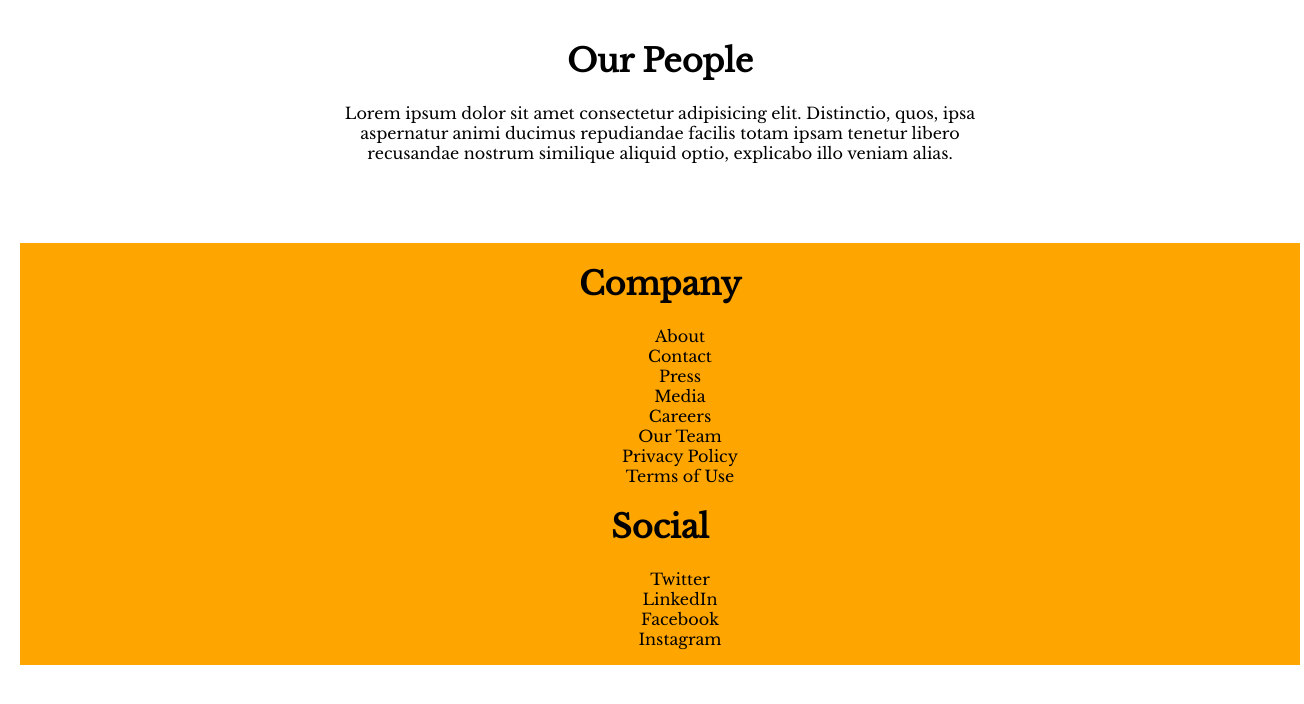
Repository: Tsardines/app
Page: / (app in my-app/)
An editor plug-in stored every save of this project. The page is shown before and after the next save, followed by the edit.
The browser window is 1280 px wide. The page is 1304 px wide, so the pictures cover 1304 px, including what lies to the right of the window. The pictures show the whole page.
The page's requests for data from a server got no answer. The project was rebuilt for these pictures with package versions that can differ from the ones it lists, and the page was loaded fresh each time. No one was signed in, and anything a server would have sent is missing.

Above is the page before, as saved 2018-11-14 19:08:05.

### my-app/public/index.html
<!DOCTYPE html>
<html lang="en">
  <head>
    <meta charset="utf-8">
    <meta name="viewport" content="width=device-width, initial-scale=1, shrink-to-fit=no">
    <meta name="theme-color" content="#000000">
    <!--
      manifest.json provides metadata used when your web app is added to the
      homescreen on Android. See https://developers.google.com/web/fundamentals/web-app-manifest/
    -->
    <link rel="manifest" href="%PUBLIC_URL%/manifest.json">
    <link href="https://fonts.googleapis.com/css?family=Libre+Baskerville" rel="stylesheet">
    <!--
      Notice the use of %PUBLIC_URL% in the tags above.
      It will be replaced with the URL of the `public` folder during the build.
      Only files inside the `public` folder can be referenced from the HTML.

      Unlike "/favicon.ico" or "favicon.ico", "%PUBLIC_URL%/favicon.ico" will
      work correctly both with client-side routing and a non-root public URL.
      Learn how to configure a non-root public URL by running `npm run build`.
    -->
    <title>React App</title>
  </head>
  <body>
    <noscript>
      You need to enable JavaScript to run this app.
    </noscript>
    <div id="root"></div>
    <!--
      This HTML file is a template.
      If you open it directly in the browser, you will see an empty page.

      You can add webfonts, meta tags, or analytics to this file.
      The build step will place the bundled scripts into the <body> tag.

      To begin the development, run `npm start` or `yarn start`.
      To create a production bundle, use `npm run build` or `yarn build`.
    -->
  </body>
</html>

### my-app/src/index.css
body {
  margin: 0;
  padding: 0;
  font-family: 'Libre Baskerville', serif;
  -webkit-font-smoothing: antialiased;
  -moz-osx-font-smoothing: grayscale;
}

code {
  font-family: source-code-pro, Menlo, Monaco, Consolas, "Courier New",
    monospace;
}

### my-app/src/App.js
import React, { Component } from 'react';

import Footer from './components/Footer.js';
import './App.css';

class App extends Component {
  constructor(props) {
    super(props);

    this.state = {
      items: []
    };
    this.componentWillMount = this.componentWillMount.bind(this);
  }

  componentWillMount() {
    fetch('https://api.myjson.com/bins/vz2rm')
    .then(res => res.json())
    .then(data => {
      this.setState({ items: data });
    });
  }


  render() {

    const { items } = this.state;

    return (
      <div className="App">

      <span className="our-people"><h1>Our People</h1></span>
      <span className="intro"><p>Lorem ipsum dolor sit amet consectetur adipisicing elit. Distinctio, quos, ipsa aspernatur animi ducimus repudiandae facilis totam ipsam tenetur libero recusandae nostrum similique aliquid optio, explicabo illo veniam alias.</p></span>

          { items.map((item, num) => {
              return (

                <div className="people">

                  <div className="elem">
                    <p key={num}>{item.elems}</p>
                  </div>

                    <p key={num}><strong>{item.name}</strong></p>
                    <p key={num}><small>{item.title}</small></p>

                  <div className="hidden">
                    <p key={num}>{item.email}</p>
                    <p key={num}><strong>Office: </strong>{item.office}</p>
                  </div>

                </div>

              );

            })}

            <Footer />

      </div>
    );
  }
}


export default App;

### my-app/src/components/Footer.js
import React from 'react';
import './Footer.css';

const Footer = () => {
  return (

    <div className="footer">

        <div className="left">
            <h1>Company</h1>
            <ul>
                <li>About</li>
                <li>Contact</li>
                <li>Press</li>
                <li>Media</li>
                <li>Careers</li>
                <li>Our Team</li>
                <li>Privacy Policy</li>
                <li>Terms of Use</li>
            </ul>
        </div>

        <div className="right">
            <h1>Social</h1>
            <ul>
                <li>Twitter</li>
                <li>LinkedIn</li>
                <li>Facebook</li>
                <li>Instagram</li>
            </ul>
        </div>

    </div>
  );
}

export default Footer;

### my-app/src/App.css
.App {
  display: flex;
  flex-direction: column;
  flex-flow: row nowrap;
  flex-wrap: wrap;
  margin: 1em;
  max-width: 100%;
  overflow-x: hidden;
  padding: 0.25em;
  text-align: center;
  width: 100%;
}

.our-people {
  text-align: center;
  width: 100%;
}

.intro p {
  margin: auto;
  padding-bottom: 5em;
  width: 50%;
}

.people {
  background-color: #f8f8f8;
  border: 1px solid #f6f6f6;
  height: 22vh;
  margin: 0.5em;
  /* max-height: 22vh;
  max-width: 13vw; */
  /* min-height: 22vh;
  min-width: 13vw; */
  padding: 1.5em;
  text-align: left;
  width: 13vw;
}

.elem {
  font-size: 3.45em;
  margin-bottom: -1em;
  margin-top: -1em;
}

.elem:hover {
  color: #87f0f9;
  transition: 0.2s;
}

.hidden {
  font-size: 0.75em;
  opacity: 0.15;
}

.hidden:hover {
  opacity: 1;
  transition: 0.4s;
}

### my-app/src/components/Footer.css
.footer {
    background-color: orange;
    width: 100%;
}

.left ul li, .right ul li {
    list-style-type: none;
}

Loaded but not shown: my-app/src/index.js (common file); my-app/src/serviceWorker.js (common file)

After the next save:
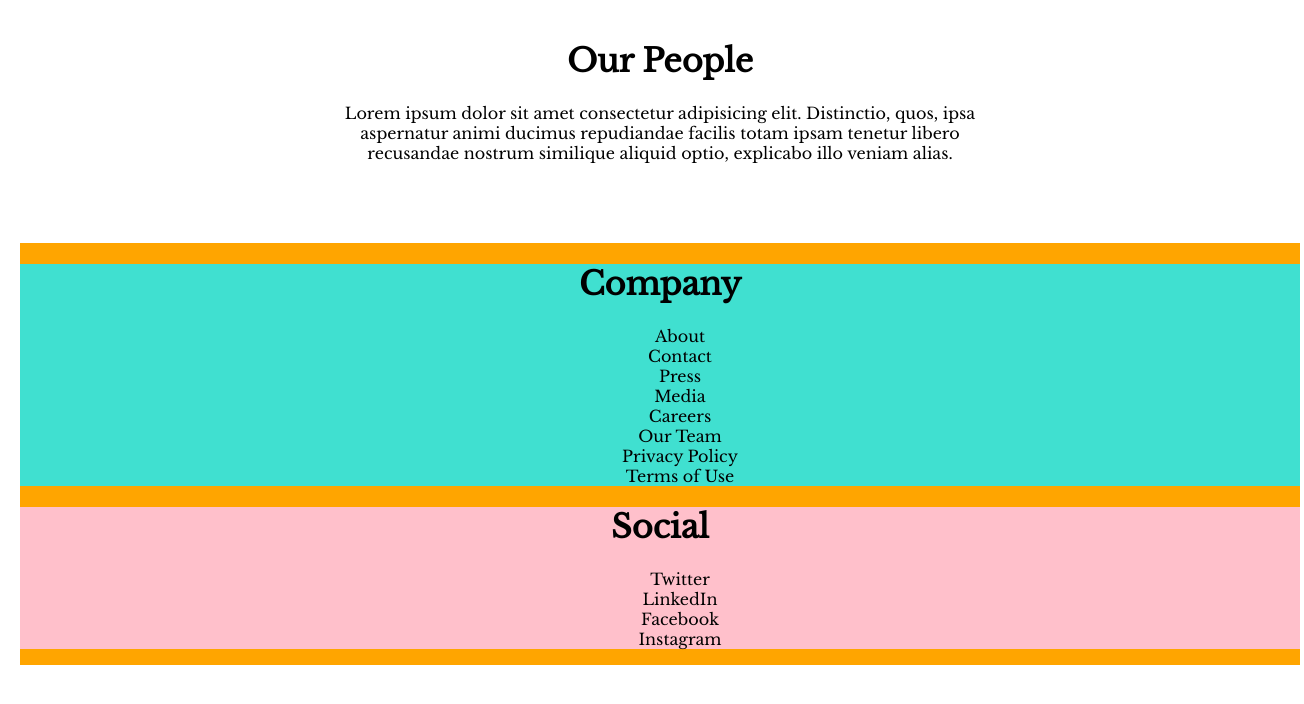
Saved 23 s later.
--- a/my-app/src/components/Footer.css
+++ b/my-app/src/components/Footer.css
@@ -6,3 +6,11 @@
 .left ul li, .right ul li {
     list-style-type: none;
 }
+
+.left {
+    background-color: turquoise;
+}
+
+.right {
+    background-color: pink;
+}
